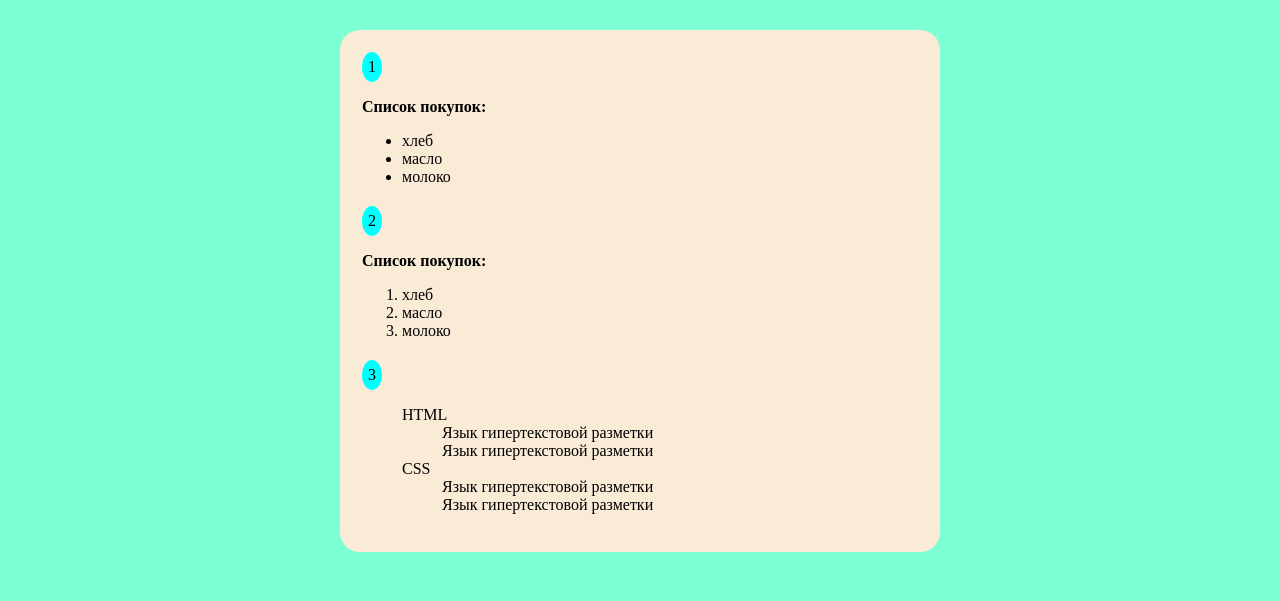
Repository: Savich01/-
Page: html/index.html
These files come from the project's save history. The page is drawn as it stood at one moment and after the next save; the edit follows.
The browser window is 1280 px wide. The pictures show the whole page.

Above is the page before, as saved 2024-05-31 14:45:20.

### html/index.html
<!DOCTYPE html>
<html lang="en">
<head>
    <meta charset="UTF-8">
    <meta name="viewport" content="width=device-width, initial-scale=1.0">
    <title>Document</title>
    <link rel="stylesheet" href="/css/style.css">
</head>
<body>

    <header class="header">

    </header>
    <main class="main">
        <div class="container">
            <section class="section-1">
                <div class="block">1</div>
                <p class="text">
                    <b>Список покупок:</b>
                </p>
                <ul class="list">
                    <li>хлеб</li>
                    <li>масло</li>
                    <li>молоко</li>
                </ul>

                <div class="block">2</div>
                <p class="text">
                    <b>Список покупок:</b>
                </p>
                <ol class="list">
                    <li>хлеб</li>
                    <li>масло</li>
                    <li>молоко</li>
                </ol>

                <div class="block">3</div>
                <ul class="main-list--item">
                    <li>HTML
                        <ul>
                            <li class="main-link">Язык гипертекстовой разметки</li>
                            <li class="main-link">Язык гипертекстовой разметки</li>
                        </ul>
                    </li>
                    <li>CSS
                        <ul>
                            <li class="main-link">Язык гипертекстовой разметки</li>
                            <li class="main-link">Язык гипертекстовой разметки</li>
                        </ul>
                    </li>
                </ul>

            </section>
        </div>
    </main>
    <footer class="footer">

    </footer>

</body>
</html>

### css/style.css
body{
    max-width: 600px;
    height: 100%;
    margin: 0 auto;
    background-color: aquamarine;
    padding: 0px 10px;
}

.container{
    background-color: antiquewhite;
    padding: 2px;
    margin-top: 30px;
    border-radius: 20px;
}
/* ==========SECTION-1========================== */
.section-1{
    padding: 20px;
}

.block{
    background-color:aqua;
    display: inline-block;
    padding: 6px;
    border-radius: 100%;
}
.list{
    margin-bottom: 20px;
}
.main-list--item{
    list-style: none;
    /* text-decoration: none; */
}

.main-link{
    list-style: none;
}

After the next save:
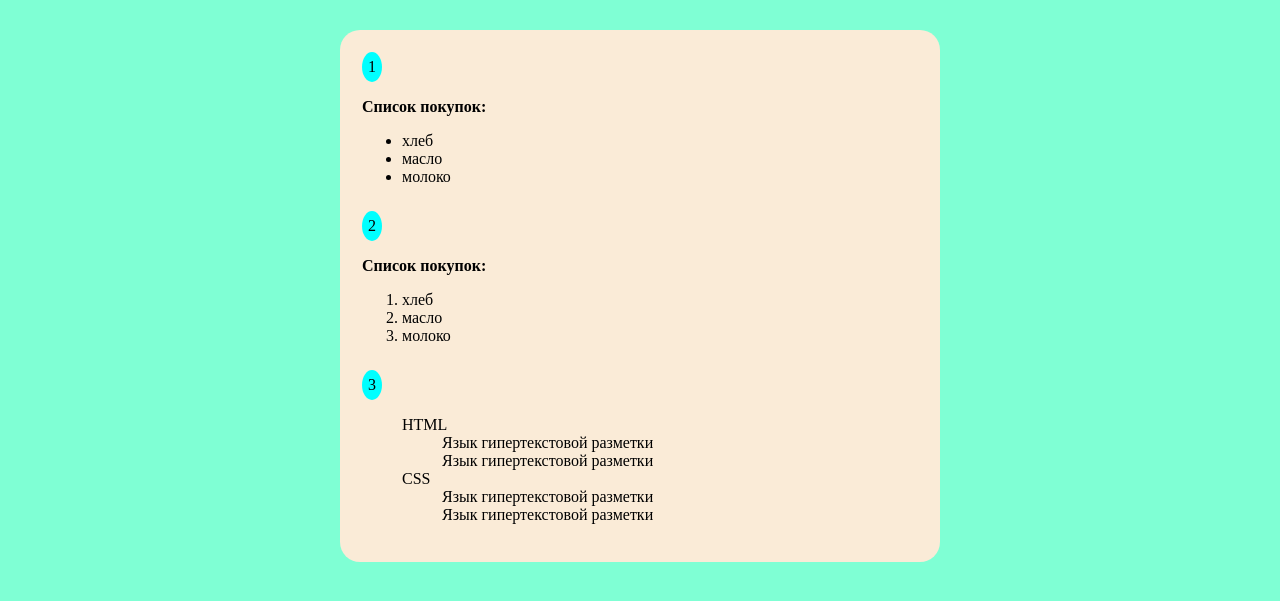
Saved 23 s later.
--- a/css/style.css
+++ b/css/style.css
@@ -24,7 +24,7 @@ body{
     border-radius: 100%;
 }
 .list{
-    margin-bottom: 20px;
+    margin-bottom: 25px;
 }
 .main-list--item{
     list-style: none;
